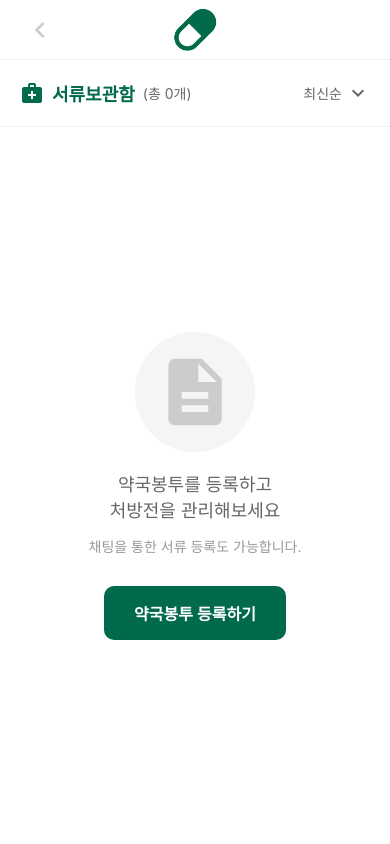
Repository: Sesac-icare/FrontEndiCare
Screen: /DocumentStorage (app in iCare/)
The author's editor kept a copy of each file at every save. The screen is drawn from the files as they stood at one save, then again after the next save.
The app was drawn by React Native's web renderer in a window 390 px wide. The project was rebuilt for these pictures with package versions that can differ from the ones it lists, and the page was loaded fresh each time. Some packages were replaced by stand-ins written for this rebuild. Also part of the build but not shown: iCare/components/Header.js, iCare/components/Contents.js, iCare/components/HospitalList.js, iCare/components/PharmacyList.js, iCare/components/MyPage.js, iCare/components/auth/SignUp.js.

Above is the screen before, as saved 2025-02-06 12:57:28.

### iCare/index.js
import { registerRootComponent } from "expo";

import App from "./App";

// registerRootComponent calls AppRegistry.registerComponent('main', () => App);
// It also ensures that whether you load the app in Expo Go or in a native build,
// the environment is set up appropriately
registerRootComponent(App);

// import { AppRegistry } from "react-native";
// import App from "./src/App";
// import { iCare } from "./app.json";

// import appConfig from "./app.json";

// const appName = appConfig.expo.name;

// AppRegistry.registerComponent(appName, () => App);

### iCare/App.js
import React, { useState, useEffect } from "react";
import { NavigationContainer } from "@react-navigation/native";
import { createNativeStackNavigator } from "@react-navigation/native-stack";
import { createBottomTabNavigator } from "@react-navigation/bottom-tabs";
import { View, StyleSheet, SafeAreaView, Text } from "react-native";
import { MaterialIcons } from "@expo/vector-icons";
import Header from "./components/Header";
import Contents from "./components/Contents";
import Splash from "./components/Splash";
import HospitalList from "./components/HospitalList";
import PharmacyList from "./components/PharmacyList";
import MyPage from "./components/MyPage";
import Login from "./components/auth/Login";
import SignUp from "./components/auth/SignUp";
import DocumentStorage from "./components/DocumentStorage";

const Stack = createNativeStackNavigator();
const Tab = createBottomTabNavigator();

// 임시 채팅, 마이페이지 컴포넌트
const ChatScreen = () => (
  <SafeAreaView style={styles.safe}>
    <View style={styles.container}>
      <Header />
      <View style={styles.center}>
        <Text>채팅 화면</Text>
      </View>
    </View>
  </SafeAreaView>
);

const HomeScreen = () => {
  return (
    <SafeAreaView style={styles.safe}>
      <View style={styles.container}>
        <Header />
        <Contents />
      </View>
    </SafeAreaView>
  );
};

// 탭 네비게이터
function TabNavigator() {
  return (
    <Tab.Navigator
      screenOptions={{
        headerShown: false,
        tabBarStyle: {
          height: 60,
          borderTopWidth: 1,
          borderTopColor: "#f0f0f0",
          paddingBottom: 20,
          paddingTop: 10,
          height: 80
        },
        tabBarActiveTintColor: "#016a4c",
        tabBarInactiveTintColor: "#CCCCCC",
        tabBarLabelStyle: {
          paddingBottom: 8,
          fontSize: 12,
          fontWeight: "500",
          marginTop: -4
        },
        tabBarIconStyle: {
          marginTop: -4
        }
      }}
    >
      <Tab.Screen
        name="홈"
        component={HomeScreen}
        options={{
          tabBarIcon: ({ color }) => (
            <MaterialIcons name="home" size={28} color={color} />
          )
        }}
      />
      <Tab.Screen
        name="채팅"
        component={ChatScreen}
        options={{
          tabBarIcon: ({ color }) => (
            <MaterialIcons name="forum" size={28} color={color} />
          )
        }}
      />
      <Tab.Screen
        name="마이페이지"
        component={MyPage}
        options={{
          tabBarIcon: ({ color }) => (
            <MaterialIcons name="person" size={28} color={color} />
          )
        }}
      />
    </Tab.Navigator>
  );
}

const App = () => {
  const [isLoading, setIsLoading] = useState(true);

  useEffect(() => {
    // 3초 후에 스플래시 화면 숨기기
    const timer = setTimeout(() => {
      setIsLoading(false);
    }, 3000);

    return () => clearTimeout(timer);
  }, []);

  if (isLoading) {
    return <Splash />;
  }

  return (
    <NavigationContainer>
      <Stack.Navigator screenOptions={{ headerShown: false }}>
        <Stack.Screen name="Login" component={Login} />
        <Stack.Screen name="SignUp" component={SignUp} />
        <Stack.Screen name="MainTabs" component={TabNavigator} />
        <Stack.Screen name="HospitalList" component={HospitalList} />
        <Stack.Screen name="PharmacyList" component={PharmacyList} />
        <Stack.Screen name="DocumentStorage" component={DocumentStorage} />
      </Stack.Navigator>
    </NavigationContainer>
  );
};

const styles = StyleSheet.create({
  safe: {
    flex: 1,
    backgroundColor: "#ffffff"
  },
  container: {
    flex: 1,
    backgroundColor: "#ffffff"
  },
  center: {
    flex: 1,
    justifyContent: "center",
    alignItems: "center"
  },
  button: {
    backgroundColor: "#f0f0f0",
    padding: 14,
    borderRadius: 9,
    marginBottom: 9,
    alignItems: "center"
  },
  buttonText: {
    fontSize: 18,
    color: "green",
    fontFamily: "NotoSansKR"
  }
});

export default App;

### iCare/components/Splash.js
import React from "react";
import { View, Text, StyleSheet, Image, Dimensions } from "react-native";

const { height } = Dimensions.get("window");

export default function Splash() {
  return (
    <View style={styles.container}>
      <View style={styles.logoContainer}>
        <Image
          source={require("../assets/iCareLogo.jpg")}
          style={styles.logo}
          resizeMode="contain"
        />
      </View>
      <View style={styles.footer}>
        <Text style={styles.title}>iCare</Text>
        <Text style={styles.subtitle}>
          아이를 위한 24시간 병원 및 약국 찾기
        </Text>
      </View>
    </View>
  );
}

const styles = StyleSheet.create({
  container: {
    flex: 1,
    backgroundColor: "#016a4c",
    justifyContent: "center"
  },
  logoContainer: {
    position: "absolute",
    top: "40%",
    left: 0,
    right: 0,
    alignItems: "center"
  },
  logo: {
    width: 200,
    height: 200
  },
  footer: {
    position: "absolute",
    bottom: 80,
    left: 0,
    right: 0,
    alignItems: "center"
  },
  title: {
    fontSize: 36,
    color: "#12b67a",
    marginBottom: 8,
    fontFamily: "NotoSansKR",
    fontWeight: "bold"
  },
  subtitle: {
    fontSize: 18,
    color: "white",
    opacity: 0.8,
    fontFamily: "NotoSansKR",
    fontWeight: "400"
  }
});

### iCare/components/auth/Login.js
import React, { useState } from "react";
import {
  View,
  Text,
  StyleSheet,
  TouchableOpacity,
  SafeAreaView,
  Image,
  TextInput,
  KeyboardAvoidingView,
  Platform,
  ScrollView
} from "react-native";
import { MaterialIcons } from "@expo/vector-icons";
import { useNavigation } from "@react-navigation/native";

export default function Login() {
  const navigation = useNavigation();
  const [email, setEmail] = useState("");
  const [password, setPassword] = useState("");

  // 버튼 활성화 여부를 확인하는 함수
  const isLoginButtonEnabled = email.trim() !== "" && password.trim() !== "";

  const handleLogin = () => {
    if (!isLoginButtonEnabled) return;

    // 테스트를 위해 API 호출 없이 바로 메인 화면으로 이동
    navigation.navigate("MainTabs");

    /* 실제 API 연동 코드는 주석 처리
    fetch('api/users/login', {
      method: 'POST',
      headers: {
        'Content-Type': 'application/json',
      },
      body: JSON.stringify({
        email,
        password
      })
    })
    .then(response => response.json())
    .then(data => {
      if (data.token) {
        navigation.navigate("MainTabs");
      }
    })
    .catch(error => {
      if (error.response?.status === 400) {
        alert("이메일 또는 비밀번호가 올바르지 않습니다.");
      }
    });
    */
  };

  return (
    <SafeAreaView style={styles.safe}>
      <KeyboardAvoidingView
        behavior={Platform.OS === "ios" ? "padding" : "height"}
        style={styles.container}
      >
        <View style={styles.content}>
          <View style={styles.logoContainer}>
            <Image
              source={require("../../assets/HeaderGreenLogo.png")}
              style={styles.logo}
              resizeMode="contain"
            />
          </View>

          <View style={styles.inputSection}>
            <Text style={styles.label}>이메일</Text>
            <TextInput
              style={styles.input}
              placeholder="이메일을 입력해주세요"
              placeholderTextColor="#999"
              value={email}
              onChangeText={setEmail}
              autoCapitalize="none"
              keyboardType="email-address"
            />
          </View>

          <View style={styles.inputSection}>
            <Text style={styles.label}>비밀번호</Text>
            <TextInput
              style={styles.input}
              placeholder="비밀번호를 입력해주세요"
              placeholderTextColor="#999"
              secureTextEntry
              value={password}
              onChangeText={setPassword}
            />
          </View>
        </View>

        <View style={styles.buttonWrapper}>
          <TouchableOpacity
            style={[
              styles.loginButton,
              !isLoginButtonEnabled && styles.loginButtonDisabled
            ]}
            onPress={handleLogin}
            disabled={!isLoginButtonEnabled}
          >
            <Text
              style={[
                styles.loginButtonText,
                !isLoginButtonEnabled && styles.loginButtonTextDisabled
              ]}
            >
              로그인
            </Text>
          </TouchableOpacity>

          <TouchableOpacity
            style={styles.button}
            onPress={() => navigation.navigate("SignUp")}
          >
            <Text style={styles.buttonText}>회원가입</Text>
          </TouchableOpacity>
        </View>
      </KeyboardAvoidingView>
    </SafeAreaView>
  );
}

const styles = StyleSheet.create({
  safe: {
    flex: 1,
    backgroundColor: "#fff"
  },
  container: {
    flex: 1,
    backgroundColor: "#fff"
  },
  content: {
    flex: 1,
    padding: 24,
    justifyContent: "center"
  },
  logoContainer: {
    alignItems: "center",
    marginBottom: 60
  },
  logo: {
    width: 80,
    height: 80
  },
  inputSection: {
    marginBottom: 20
  },
  label: {
    fontSize: 14,
    color: "#222",
    marginBottom: 8,
    fontWeight: "500"
  },
  input: {
    borderWidth: 1,
    borderColor: "#E8E8E8",
    borderRadius: 8,
    padding: 12,
    fontSize: 14,
    color: "#222222"
  },
  buttonWrapper: {
    padding: 24,
    paddingBottom: Platform.OS === "ios" ? 34 : 24
  },
  loginButton: {
    backgroundColor: "#016A4C",
    paddingVertical: 15,
    borderRadius: 10,
    alignItems: "center",
    marginBottom: 12
  },
  loginButtonDisabled: {
    backgroundColor: "#CCCCCC"
  },
  loginButtonText: {
    color: "#fff",

    fontSize: 16,
    fontWeight: "600"
  },
  loginButtonTextDisabled: {
    color: "#999999"
  },
  button: {
    backgroundColor: "#fff",
    paddingVertical: 15,
    borderRadius: 10,
    alignItems: "center",
    borderWidth: 1,
    borderColor: "#016A4C"
  },
  buttonText: {
    fontSize: 16,
    color: "#016A4C",
    fontWeight: "600"
  }
});

### iCare/components/DocumentStorage.js
import React from "react";
import {
  View,
  Text,
  StyleSheet,
  SafeAreaView,
  TouchableOpacity,
  Image
} from "react-native";
import { MaterialIcons } from "@expo/vector-icons";
import { useNavigation } from "@react-navigation/native";

export default function DocumentStorage() {
  const navigation = useNavigation();
  const totalDocuments = 0; // 문서 개수를 관리할 상태 추가

  return (
    <SafeAreaView style={styles.safe}>
      <View style={styles.container}>
        <View style={styles.header}>
          <TouchableOpacity
            style={styles.backButton}
            onPress={() => navigation.goBack()}
          >
            <MaterialIcons name="chevron-left" size={32} color="#CCCCCC" />
          </TouchableOpacity>
          <Image
            source={require("../assets/HeaderGreenLogo.png")}
            style={styles.logo}
            resizeMode="contain"
          />
        </View>

        <View style={styles.subHeader}>
          <View style={styles.titleContainer}>
            <MaterialIcons
              name="medical-services"
              size={24}
              color="#016A4C"
              style={styles.titleIcon}
            />
            <Text style={styles.headerTitle}>서류보관함</Text>
            <Text style={styles.documentCount}>(총 {totalDocuments}개)</Text>
          </View>
          <TouchableOpacity style={styles.filterButton}>
            <Text style={styles.filterText}>최신순</Text>
            <MaterialIcons
              name="keyboard-arrow-down"
              size={24}
              color="#666666"
            />
          </TouchableOpacity>
        </View>

        <View style={styles.content}>
          <View style={styles.emptyContainer}>
            <View style={styles.iconContainer}>
              <MaterialIcons name="description" size={80} color="#CCCCCC" />
            </View>
            <Text style={styles.emptyText}>
              약국봉투를 등록하고{"\n"}
              처방전을 관리해보세요
            </Text>
            <Text style={styles.subText}>
              채팅을 통한 서류 등록도 가능합니다.
            </Text>
            <TouchableOpacity style={styles.addButton}>
              <Text style={styles.addButtonText}>약국봉투 등록하기</Text>
            </TouchableOpacity>
          </View>
        </View>
      </View>
    </SafeAreaView>
  );
}

const styles = StyleSheet.create({
  safe: {
    flex: 1,
    backgroundColor: "#fff"
  },
  container: {
    flex: 1,
    backgroundColor: "#fff"
  },
  header: {
    height: 60,
    flexDirection: "row",
    alignItems: "center",
    justifyContent: "center",
    borderBottomWidth: 1,
    borderBottomColor: "#f0f0f0",
    backgroundColor: "#fff",
    paddingHorizontal: 20
  },
  backButton: {
    position: "absolute",
    left: 20,
    padding: 4,
    zIndex: 1
  },
  logo: {
    width: 48,
    height: 48,
    marginLeft: "auto",
    marginRight: "auto"
  },
  subHeader: {
    flexDirection: "row",
    justifyContent: "space-between",
    alignItems: "center",
    padding: 20,
    borderBottomWidth: 1,
    borderBottomColor: "#f0f0f0"
  },
  titleContainer: {
    flexDirection: "row",
    alignItems: "center"
  },
  titleIcon: {
    marginRight: 8
  },
  headerTitle: {
    fontSize: 18,
    fontWeight: "bold",
    color: "#016A4C",
    marginRight: 8
  },
  documentCount: {
    fontSize: 14,
    color: "#666666"
  },
  filterButton: {
    flexDirection: "row",
    alignItems: "center",
    gap: 4
  },
  filterText: {
    fontSize: 14,
    color: "#666666"
  },
  content: {
    flex: 1,
    justifyContent: "center",
    alignItems: "center",
    padding: 20
  },
  emptyContainer: {
    alignItems: "center"
  },
  iconContainer: {
    width: 120,
    height: 120,
    backgroundColor: "#f5f5f5",
    borderRadius: 60,
    justifyContent: "center",
    alignItems: "center",
    marginBottom: 20
  },
  emptyText: {
    fontSize: 18,
    color: "#666",
    textAlign: "center",
    lineHeight: 26,
    marginBottom: 12
  },
  subText: {
    fontSize: 14,
    color: "#999",
    textAlign: "center",
    marginBottom: 30
  },
  addButton: {
    backgroundColor: "#016A4C",
    paddingVertical: 15,
    paddingHorizontal: 30,
    borderRadius: 10
  },
  addButtonText: {
    color: "#fff",
    fontSize: 16,
    fontWeight: "600"
  }
});

After the next save:
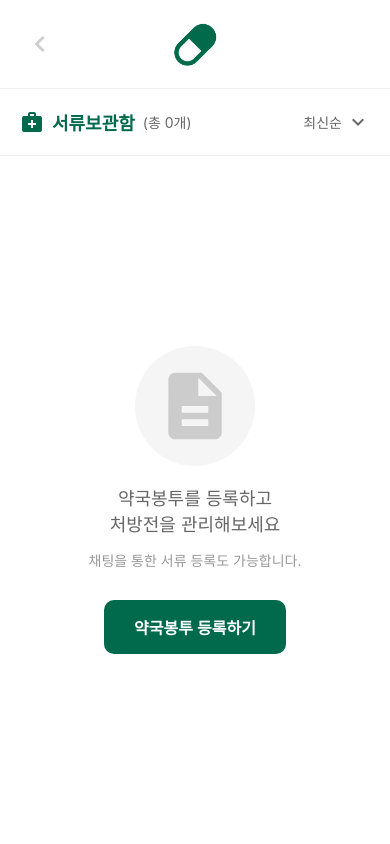
Saved 41 s later.
--- a/iCare/components/DocumentStorage.js
+++ b/iCare/components/DocumentStorage.js
@@ -84,19 +84,17 @@ const styles = StyleSheet.create({
     backgroundColor: "#fff"
   },
   header: {
-    height: 60,
     flexDirection: "row",
     alignItems: "center",
-    justifyContent: "center",
+    padding: 20,
     borderBottomWidth: 1,
     borderBottomColor: "#f0f0f0",
-    backgroundColor: "#fff",
-    paddingHorizontal: 20
+    backgroundColor: "#fff"
   },
   backButton: {
+    padding: 4,
     position: "absolute",
     left: 20,
-    padding: 4,
     zIndex: 1
   },
   logo: {
@@ -110,6 +108,7 @@ const styles = StyleSheet.create({
     justifyContent: "space-between",
     alignItems: "center",
     padding: 20,
+    backgroundColor: "#fff",
     borderBottomWidth: 1,
     borderBottomColor: "#f0f0f0"
   },
@@ -141,12 +140,12 @@ const styles = StyleSheet.create({
   },
   content: {
     flex: 1,
-    justifyContent: "center",
-    alignItems: "center",
-    padding: 20
+    padding: 16  // 병원 찾기와 동일한 패딩
   },
   emptyContainer: {
-    alignItems: "center"
+    flex: 1,
+    alignItems: "center",
+    justifyContent: "center"
   },
   iconContainer: {
     width: 120,
